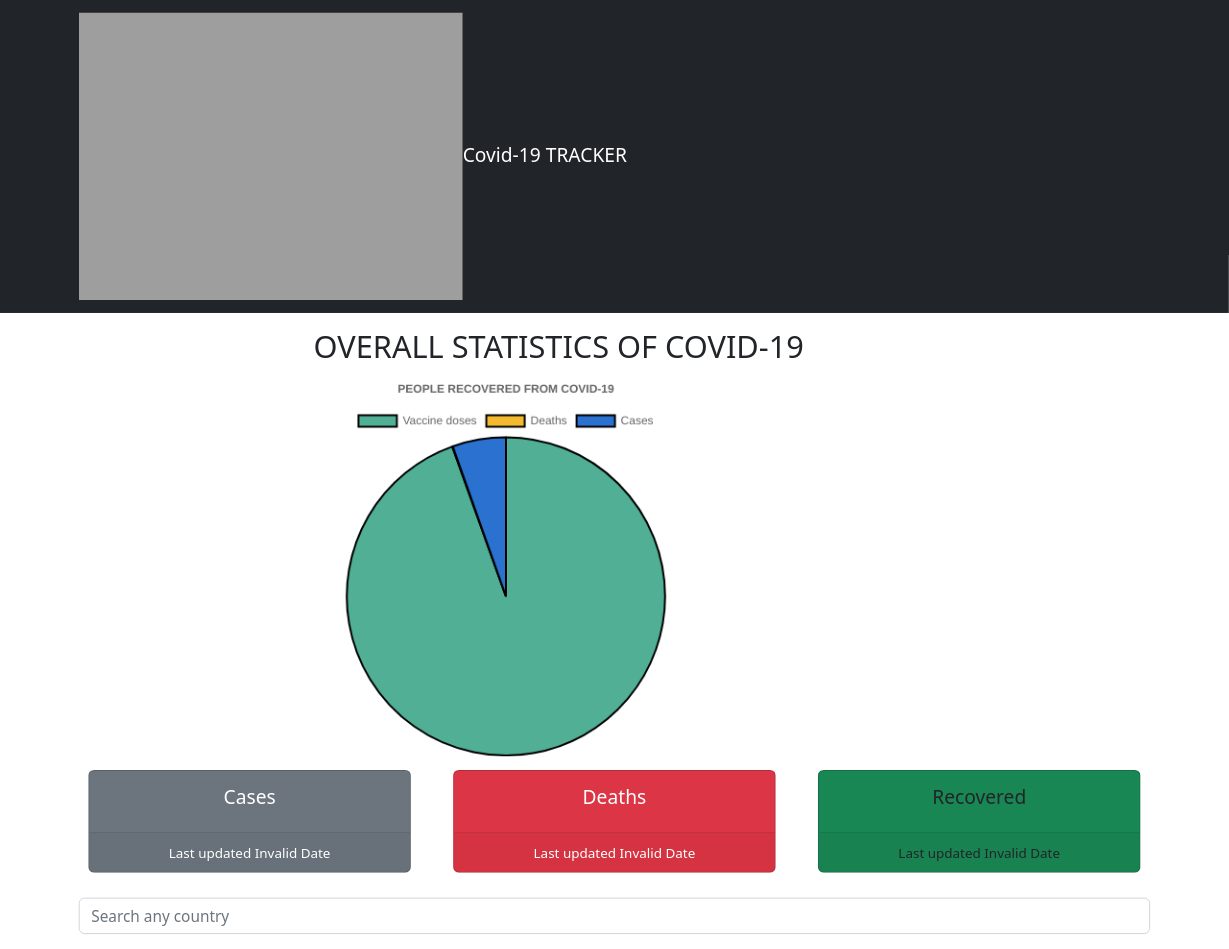
Repository: azizdeghais/CovidTracker
Page: /
These files come from the project's save history. The page is drawn as it stood at one moment and after the next save; the edit follows.
The browser window is 1280 px wide. The pictures show the whole page, at 96% of full size.
Pictures or frames that could not be fetched are drawn as grey boxes. The page's requests for data from a server got no answer. The project was rebuilt for these pictures with package versions that can differ from the ones it lists, and the page was loaded fresh each time. No one was signed in, and anything a server would have sent is missing. Also part of the build but not shown: vite.config.js.

Above is the page before, as saved 2023-03-10 20:22:49.

### index.html
<!DOCTYPE html>
<html lang="en">
  <head>
    <meta charset="UTF-8" />
    <link rel="icon" type="image/svg+xml" href="/vite.svg" />
    <meta name="viewport" content="width=device-width, initial-scale=1.0" />
    <title>Covid-19 Tracker</title>

  </head>
  <body>
    <div id="root"></div>
    <script type="module" src="/src/main.jsx"></script>
  </body>
</html>

### src/main.jsx
import React from 'react'
import ReactDOM from 'react-dom/client'
import App from './App'
import 'bootstrap/dist/css/bootstrap.min.css';


ReactDOM.createRoot(document.getElementById('root')).render(
  <React.StrictMode>
    <App />
  </React.StrictMode>,
)

### src/App.jsx
import React, { useEffect,useState } from 'react'

import Chart from "chart.js/auto";
import { CategoryScale } from "chart.js";
import PieChart from './components/PieChart';
import { Data } from './utils/Data';


import axios from 'axios'
import Container from 'react-bootstrap/Container';
import Row from 'react-bootstrap/Row';
import Col from 'react-bootstrap/Col';
import Card from 'react-bootstrap/Card';
import Stack from 'react-bootstrap/Stack';
import Form from 'react-bootstrap/Form';



import './App.css'
import Nav from './components/Nav';



Chart.register(CategoryScale);


function App() {

  const [chartData, setChartData] = useState({
    labels: Data.map((data) => data.year),
    datasets: [
      {
        label: "Users Gained ",
        data: Data.map((data) => data.userGain),
        backgroundColor: [
          "#50AF95",
          "#f3ba2f",
          "#2a71d0"
        ],
        borderColor: "black",
        borderWidth: 2
      }
    ]
  })
  const [latest,setLatest]=useState([])
  const [results,setResults]=useState([])
  const [searchCountries,setSearchCountries]=useState('')


  useEffect(()=>{
    axios.all([
      axios.get('https://corona.lmao.ninja/v3/covid-19/all'),
      axios.get('https://corona.lmao.ninja/v3/covid-19/countries')
  ])

    .then(resArr=>{
           setLatest(resArr[0].data)
           setResults(resArr[1].data)
    })
    .catch(err=>{
      console.log(err)
    })
  },[])

  const date=new Date(parseInt(latest.updated));
  const lastUpdated=date.toString();

  const filterCountries=results.filter(item=>{
    return searchCountries !== ''
     ? item.country.includes(searchCountries)
     : item
   })

   const countries = filterCountries.map((data,i)=>{
    return (
      <Card
      key={i}
      bg='light'
      text='dark'
      className='text-center'
      style={{margin:'10px'}}
      >
        <Card.Img variant='top' src={data.countryInfo.flag} />
      <Card.Body>
        <Card.Title>{data.country}</Card.Title>
        <Card.Text>Cases: {data.cases}</Card.Text>
        <Card.Text>Deaths: {data.deaths}</Card.Text>
        <Card.Text>Recovered: {data.recovered}</Card.Text>
        <Card.Text>Today's cases: {data.todayCases}</Card.Text>
        <Card.Text>Today's deaths: {data.todayDeaths}</Card.Text>
        <Card.Text>Active {data.active}</Card.Text>


      </Card.Body>

      </Card>

    )
   })




  return (
    <>
    <Nav/>
    <Container>
    <div  style={{width:'1000px',height:'400px',marginBottom:'50px',display:'flex',flexDirection:'row',justifyContent:'center'}}>
        <PieChart chartData={chartData}/>
    </div>

      <Row className='mb-3'>
        <Col>
          <Card className='text-center' bg='secondary' text='white' style={{margin:'10px'}} >
            <Card.Body>
              <Card.Title>Cases</Card.Title>
              <Card.Text>
                {latest.cases}
              </Card.Text>
            </Card.Body>
            <Card.Footer>
              <small>Last updated {lastUpdated}</small>
            </Card.Footer>
          </Card>
        </Col>
        <Col>
          <Card className='text-center' bg='danger' text='white' style={{margin:'10px'}}>
            <Card.Body>
              <Card.Title>Deaths</Card.Title>
              <Card.Text>
                {latest.deaths}
              </Card.Text>
            </Card.Body>
            <Card.Footer>
            <small>Last updated {lastUpdated}</small>

            </Card.Footer>
          </Card>
        </Col>
        <Col>
          <Card className='text-center' bg='success' style={{margin:'10px'}} >
            <Card.Body>
              <Card.Title>Recovered</Card.Title>
              <Card.Text>
               {latest.recovered}
              </Card.Text>
            </Card.Body>
            <Card.Footer>
            <small>Last updated {lastUpdated}</small>

            </Card.Footer>
          </Card>
        </Col>
      </Row>
      <Form className='mb-3'>
      <Form.Group >
        <Form.Control
         type='text'
         placeholder='Search any country'
         onChange={e=> setSearchCountries(e.target.value)} />
      </Form.Group>
      </Form>
      <div className='countries-list'>
      {countries}
      </div>


    </Container>
    </>
  )
}

export default App

### src/components/PieChart.jsx
import React from "react";
import { Pie } from "react-chartjs-2";

function PieChart({ chartData }) {
  return (
    <div className="chart-container">
      <h2 style={{ textAlign: "center" }}>OVERALL STATISTICS OF COVID-19 </h2>
      <Pie
        data={chartData}
        options={{
          plugins: {
            title: {
              display: true,
              text: "PEOPLE RECOVERED FROM COVID-19"
            }
          }
        }}
       width={600}
       height={100}
      />
    </div>
  );
}
export default PieChart;

### src/utils/Data.js
export const Data = [
    {
      id: 1,
      year: 'Vaccine doses',
      userGain: 13229166046,
    },
    {
      id: 2,
      year: 'Deaths',
      userGain: 6866434,
    },
    {
      id: 3,
      year: 'Cases',
      userGain: 759408703,
    },

  ];

### src/App.css
.countries-list{
    display:flex;
    flex-direction:row;
    width: '1000px';
    flex-wrap: wrap;
    justify-content: space-between;
}

### src/components/Nav.jsx
import React from 'react'
import Container from 'react-bootstrap/Container';
import Navbar from 'react-bootstrap/Navbar';

const Nav = () => {
  return (
    <>

    <Navbar bg="dark" variant="dark" className='mb-3'>
      <Container>
        <Navbar.Brand href="#home">
        <img src="https://img.icons8.com/color/48/null/coronavirus--v1.png"/>
          Covid-19 TRACKER
        </Navbar.Brand>
      </Container>
    </Navbar>
  </>
  )
}

export default Nav

After the next save:
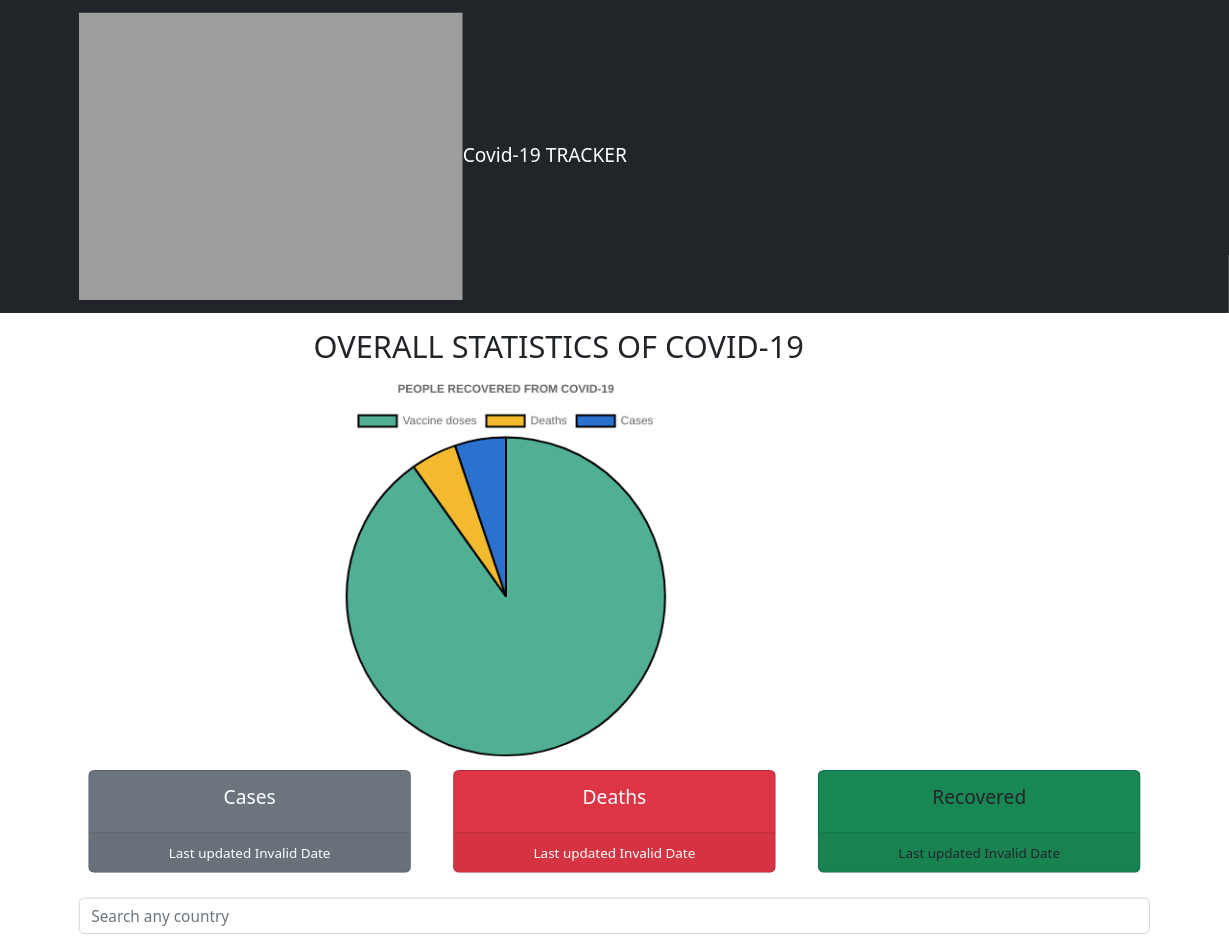
Saved 60 s later.
--- a/src/utils/Data.js
+++ b/src/utils/Data.js
@@ -7,7 +7,7 @@ export const Data = [
     {
       id: 2,
       year: 'Deaths',
-      userGain: 6866434,
+      userGain: 686643455,
     },
     {
       id: 3,
